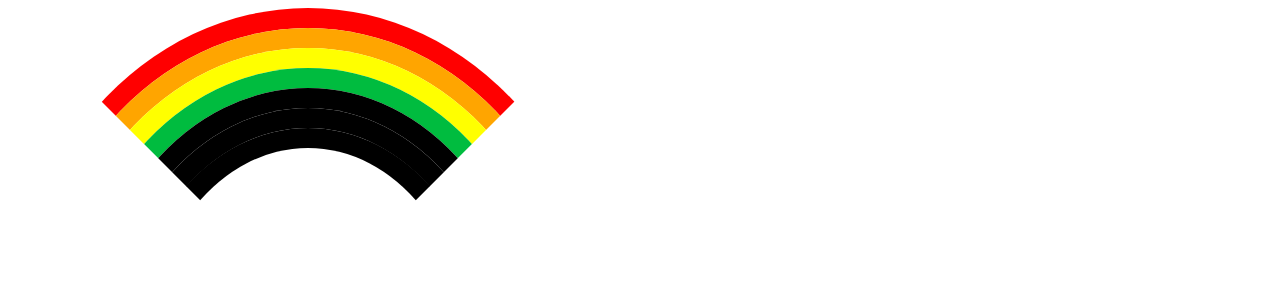
Repository: peterclermy232/phase-0-css-rainbow-lab
Page: index.html
These files come from the project's save history. The page is drawn as it stood at one moment and after a run of saves; the edit follows.
The browser window is 1280 px wide. The pictures show the whole page.

Above is the page before, as saved 2022-05-30 08:36:47.

### index.html
<!DOCTYPE html>
<html>

  <head><!-- where all the meta data will go, like and files we need to include -->
    <title>My Little Rainbow</title><!-- the title is what appears on your tab -->
    <link rel="stylesheet" href="./main.css">
  </head>

  <body><!-- the body element is where everything we will see on the page will go -->

    <!-- our soon to be beautiful rainbow! -->
    <div id="red"> <!-- the grandest grandparent div -->
      <div id="orange">

        <div id="yellow">
          <div id="green">

            <div id="blue">
              <div id="indigo">

                <div id="violet"></div> <!-- the grandest child div -->

              </div>
            </div>

          </div>
        </div>

      </div>
    </div>

  </body>

</html>

### main.css
div {
  border: 20px solid #000; /* this is short hand for setting
                            the border's width, its type, and color */
  display: inline-block; /* a way of positioning elements */
  min-width: 20em; /* the two min styles make the shape */
  min-height: 25em; /* of the divs oblong*/
  border-radius: 50%; /* this makes the normally square div round */
  border-left-color: transparent; /* these remove the color from the left side */
  border-right-color: transparent; /* the right side */
  border-bottom-color: transparent; /* and the bottom of the circle */
}
#red{
  border-top-color: #f00;
}
#orange{
  border-top-color: #ffa500;
}
#yellow{
  border-top-color: #ff0;
}
#green{
  border-top-color: #00bc3f;
}
#blue{
  border-top-color: #0;
}

After the next 2 saves:
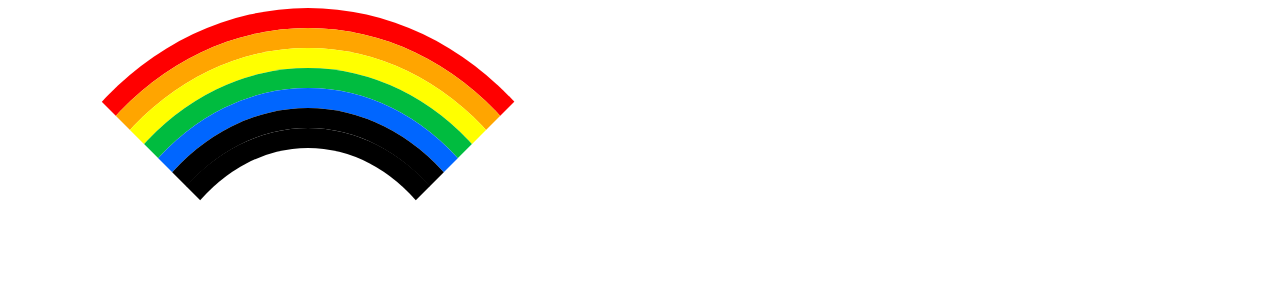
The 2 saves are shown as one change because they came seconds apart.
The last was saved 6 s later.
--- a/main.css
+++ b/main.css
@@ -22,5 +22,5 @@
   border-top-color: #00bc3f;
 }
 #blue{
-  border-top-color: #0;
+  border-top-color: #06f;
 }
